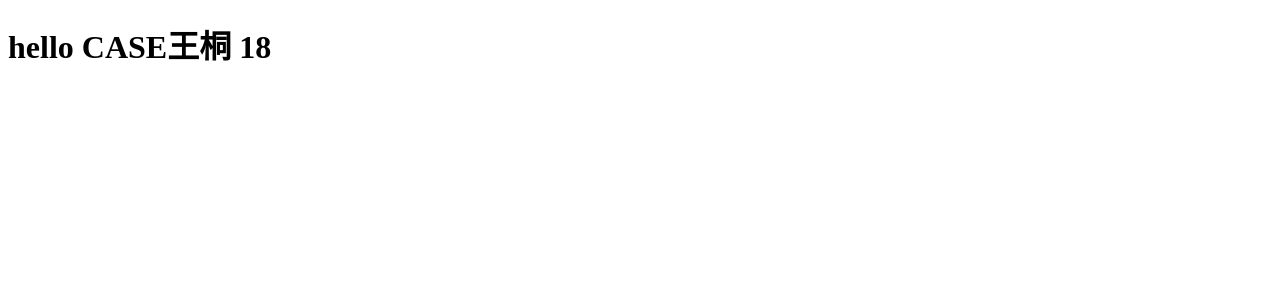
Repository: reggiepy/vueLeaning
Page: 02 vue 模板语法/模板语法.html
These files come from the project's save history. The page is drawn as it stood at one moment and after the next save; the edit follows.
The browser window is 1280 px wide. The pictures show the whole page.

Above is the page before, as saved 2021-12-04 23:15:05.

After the next save:
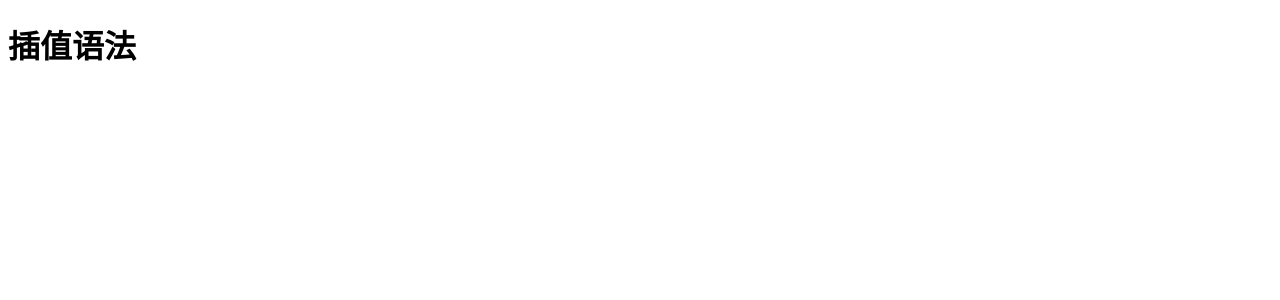
Saved 17 s later.
--- a/02 vue 模板语法/模板语法.html
+++ b/02 vue 模板语法/模板语法.html
@@ -9,7 +9,8 @@
   </head>
   <body>
     <div id="root">
-      <h1>hello {{name.toUpperCase()}} {{age}}</h1>
+      <h1>插值语法</h1>
+
     </div>
 
     <script type="text/javascript">
